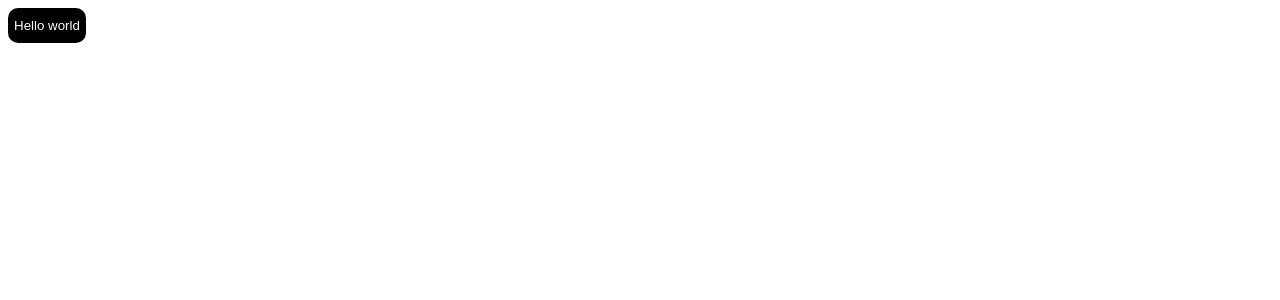
Repository: knowledgeAlan/css-lession-one
Page: button.html
These files come from the project's save history. The page is drawn as it stood at one moment and after the next save; the edit follows.
The browser window is 1280 px wide. The pictures show the whole page.
The first visible `.buttonClass` is being pressed.

Above is the page before, as saved 2023-12-26 19:42:09.

### button.html
<!DOCTYPE html>
<html>
    <head>

        <link rel="stylesheet" href="css/style.css" type="text/css" />
    </head>
    <body>
        <button class="buttonClass" >
            Hello world
        </button>
    </body>
</html>

### css/style.css
.buttonClass{
    background-color: red;
    border-width: 0;
    padding-top: 10px;
    padding-bottom: 10px;
    color: white;
    border-radius: 10px;
    cursor: pointer;
}

.buttonClass:hover{
    background-color: black;
}

After the next save:
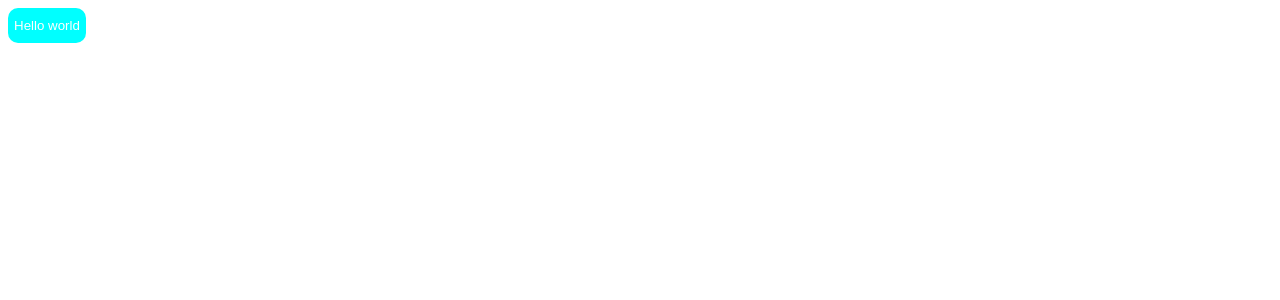
Saved 4 min 37 s later.
--- a/css/style.css
+++ b/css/style.css
@@ -11,3 +11,7 @@
 .buttonClass:hover{
     background-color: black;
 }
+
+.buttonClass:active{
+    background-color: aqua;
+}
